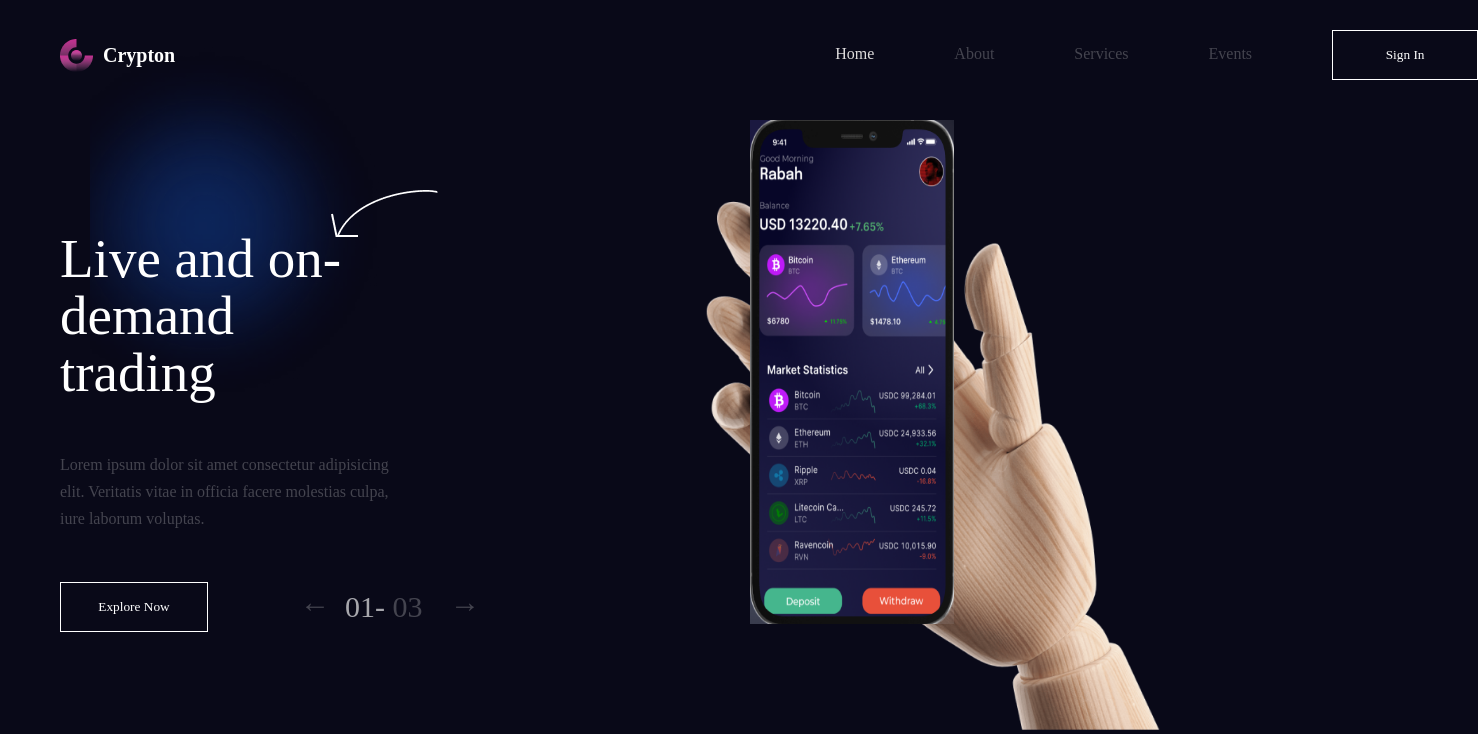
Repository: isaacCodes1/Crypton-Website
Page: index.html
An editor plug-in stored every save of this project. The page is shown before and after the next save, followed by the edit.
The browser window is 1280 px wide. The page is 1478 px wide, so the pictures cover 1478 px, including what lies to the right of the window. The pictures show the whole page.

Above is the page before, as saved 2024-05-14 21:00:43.

After the next save:
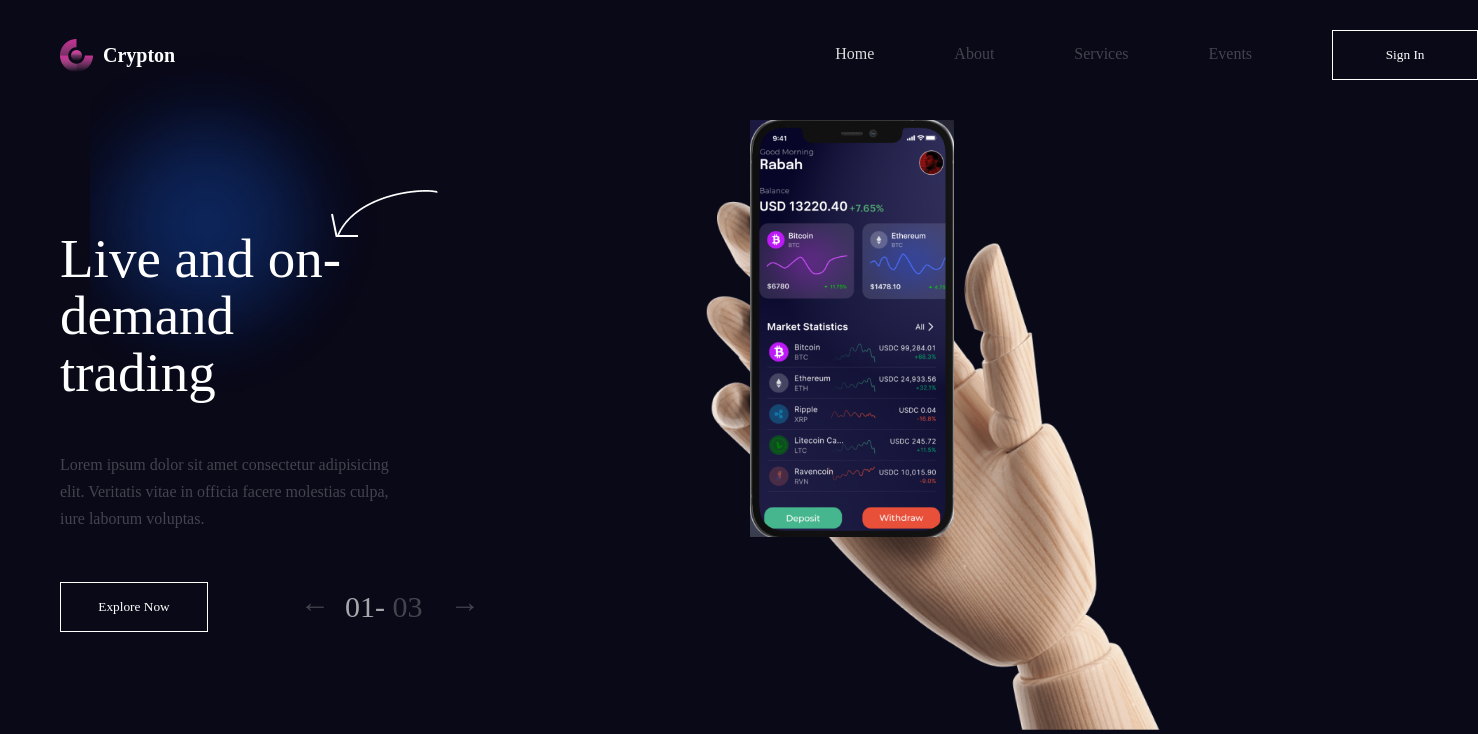
Saved 7 s later.
--- a/style.css
+++ b/style.css
@@ -145,5 +145,4 @@ body{
     right: 206px;
     top: -70px;
     width: 45%;
-    height: 70vh;
 }
